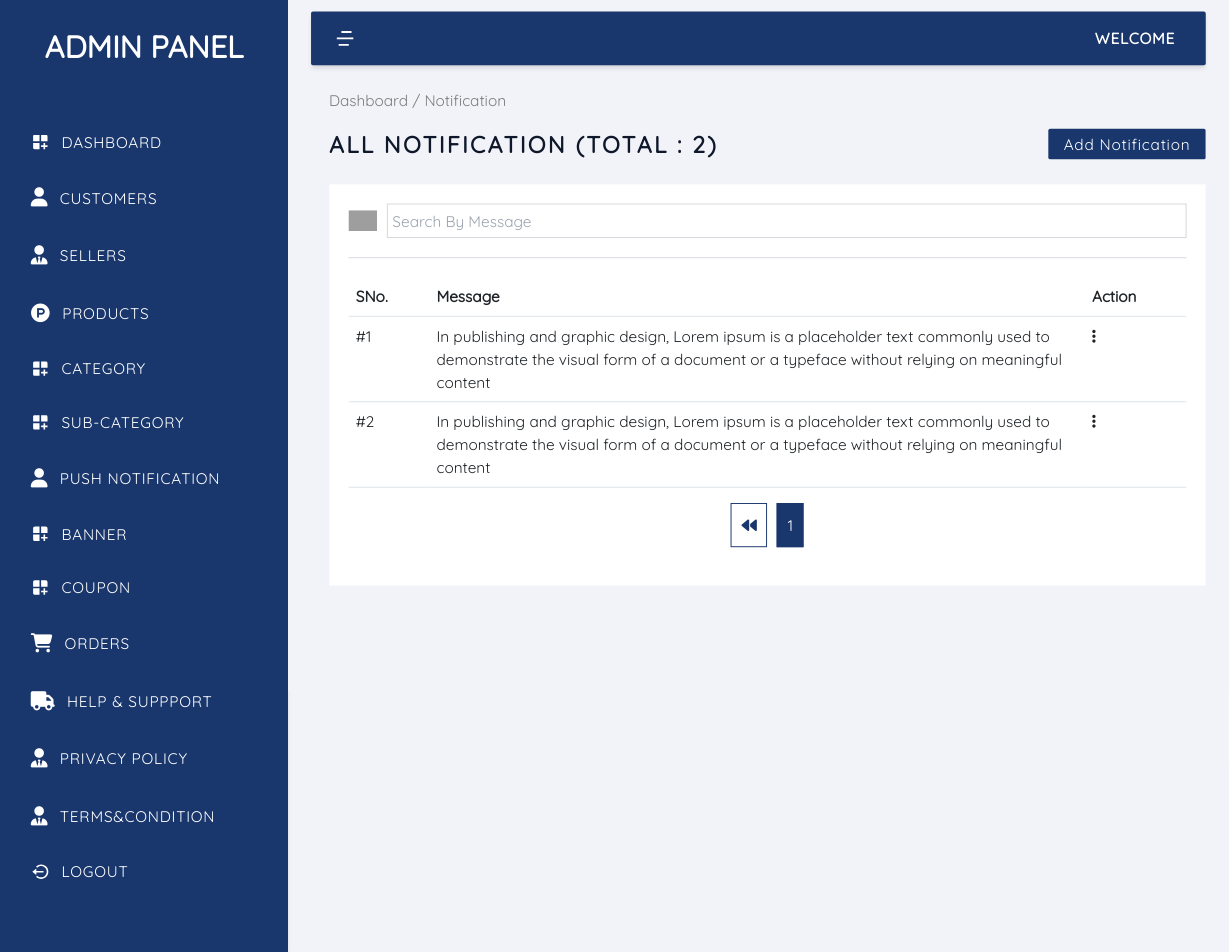
Repository: shishpal2000/admin.aschpro
Page: /pushNotification
The author's editor kept a copy of each file at every save. The page is drawn from the files as they stood at one save, then again after the next save.
The browser window is 1280 px wide. The pictures show the whole page, at 96% of full size.
Pictures or frames that could not be fetched are drawn as grey boxes. Some web libraries are served in a nearby version. The project was rebuilt for these pictures with package versions that can differ from the ones it lists, and the page was loaded fresh each time. Also part of the build but not shown: src/E-CommerceAdmin/forms/Login.jsx, src/E-CommerceAdmin/pages/Dashboard.jsx, src/E-CommerceAdmin/pages/ECategory.js, src/E-CommerceAdmin/pages/EProduct.js, src/E-CommerceAdmin/pages/EVendorList.js, src/E-CommerceAdmin/pages/EAdminOrders.js, src/E-CommerceAdmin/pages/EAdminDelivery.js, src/E-CommerceAdmin/pages/EAdminCustomer.js and 7 more. Imported but missing from the stored project, and not drawn on this page: src/E-CommerceAdmin/pages/Component/SpinnerComp.

Above is the page before, as saved 2023-06-28 18:25:51.

### public/index.html
<!-- @format -->

<!DOCTYPE html>
<html lang="en">
  <head>
    <meta charset="utf-8" />
    <meta name="viewport" content="width=device-width, initial-scale=1" />
    <meta name="theme-color" content="#000000" />
    <meta
      name="description"
      content="Web site created using create-react-app"
    />
    <link rel="icon" href="%PUBLIC_URL%/favicon.png" />
    <link rel="manifest" href="%PUBLIC_URL%/manifest.json" />
    <link rel="preconnect" href="https://fonts.googleapis.com" />
    <link rel="preconnect" href="https://fonts.gstatic.com" crossorigin />
    <link
      href="https://fonts.googleapis.com/css2?family=Roboto+Mono:ital,wght@1,300&display=swap"
      rel="stylesheet"
    />
    <link rel="preconnect" href="https://fonts.googleapis.com">
<link rel="preconnect" href="https://fonts.gstatic.com" crossorigin>
<link href="https://fonts.googleapis.com/css2?family=Quicksand&display=swap" rel="stylesheet">
    <title>Subharambh</title>
  </head>
  <body>
    <noscript>You need to enable JavaScript to run this app.</noscript>
    <div id="root"></div>
    <script src="https://code.jquery.com/jquery-3.6.0.min.js"></script>
    <script
      src="https://kit.fontawesome.com/b533b351e4.js"
      crossorigin="anonymous"
    ></script>
    <script
      type="module"
      src="https://unpkg.com/ionicons@7.1.0/dist/ionicons/ionicons.esm.js"
    ></script>
    <script
      nomodule
      src="https://unpkg.com/ionicons@7.1.0/dist/ionicons/ionicons.js"
    ></script>
  </body>
</html>

### src/E-CommerceAdmin/pages/PushNotification.js
/** @format */

import React, { useEffect, useState } from "react";
import {
  Alert,
  Button,
  FloatingLabel,
  Form,
  Modal,
  Table,
} from "react-bootstrap";
import { Dropdown, Menu } from "antd";
import HOC from "../layout/HOC";

const PushNotification = () => {
  const [modalShow, setModalShow] = React.useState(false);
  const [ edit , setEdit ] = useState(false)
  const data = [
    {
      name: "In publishing and graphic design, Lorem ipsum is a placeholder text commonly used to demonstrate the visual form of a document or a typeface without relying on meaningful content",
    },
    {
      name: "In publishing and graphic design, Lorem ipsum is a placeholder text commonly used to demonstrate the visual form of a document or a typeface without relying on meaningful content",
    },
  ];

  // Pagination and Filter
  const [query, setQuery] = useState("");
  const [currentPage2, setCurrentPage2] = useState(1);
  const [postPerPage2] = useState(10);
  const lastPostIndex2 = currentPage2 * postPerPage2;
  const firstPostIndex2 = lastPostIndex2 - postPerPage2;

  let pages2 = [];

  const TotolData = query
    ? data?.filter(
        (i) =>
          i?.name?.toLowerCase().includes(query?.toLowerCase())
      )
    : data;

  useEffect(() => {
    if (query) {
      setCurrentPage2(1);
    }
  }, [query]);

  const slicedData = TotolData?.slice(firstPostIndex2, lastPostIndex2);

  for (let i = 1; i <= Math.ceil(TotolData?.length / postPerPage2); i++) {
    pages2.push(i);
  }

  function Next() {
    setCurrentPage2(currentPage2 + 1);
  }

  function Prev() {
    if (currentPage2 !== 1) {
      setCurrentPage2(currentPage2 - 1);
    }
  }

  function MyVerticallyCenteredModal(props) {
    return (
      <Modal
        {...props}
        aria-labelledby="contained-modal-title-vcenter"
        centered
      >
        <Modal.Header closeButton>
          <Modal.Title id="contained-modal-title-vcenter">
            {" "}
            { edit ? "Edit" : "Add"} Notification
          </Modal.Title>
        </Modal.Header>
        <Modal.Body>
          <Form>
            <Form.Group className="mb-3">
              <Form.Label>Notification</Form.Label>
              <FloatingLabel controlId="floatingTextarea2">
                <Form.Control
                  as="textarea"
                  placeholder="Leave a comment here"
                  style={{ height: "100px" }}
                />
              </FloatingLabel>
            </Form.Group>

            <Button
              style={{ backgroundColor: "#19376d", borderRadius: "0" }}
              type="submit"
            >
              Submit
            </Button>
          </Form>
        </Modal.Body>
      </Modal>
    );
  }

  return (
    <>
      <MyVerticallyCenteredModal
        show={modalShow}
        onHide={() => setModalShow(false)}
      />

      <p className="headP">Dashboard / Notification</p>

      <div
        className="pb-4   w-full flex justify-between items-center"
        style={{ width: "98%", marginLeft: "2%" }}
      >
        <span
          className="tracking-widest text-slate-900 font-semibold uppercase "
          style={{ fontSize: "1.5rem" }}
        >
          All Notification (Total : {data.length})
        </span>
        <button
          onClick={() => {
            setEdit(false)
            setModalShow(true);
          }}
          className="md:py-2 px-3 md:px-4 py-1 rounded-sm  bg-[#19376d] text-white tracking-wider"
        >
          Add Notification
        </button>
      </div>
      <section className="sectionCont">
        {data?.length === 0 || !data ? (
          <Alert>No Data Found</Alert>
        ) : (
          <>
            {/* Filter */}
            <div className="filterBox">
              <img
                src="https://t4.ftcdn.net/jpg/01/41/97/61/360_F_141976137_kQrdYIvfn3e0RT1EWbZOmQciOKLMgCwG.jpg"
                alt=""
              />
              <input
                type="search"
                placeholder="Search By Message "
                onChange={(e) => setQuery(e.target.value)}
              />
            </div>
            <div className="overFlowCont">
              <Table>
                <thead>
                  <tr>
                    <th>SNo.</th>
                    <th>Message</th>
                    <th>Action</th>
                  </tr>
                </thead>
                <tbody>
                  {slicedData.map((i, index) => (
                    <tr key={index}>
                      <td> #{index + 1} </td>
                      <td style={{ maxWidth: "400px" }}> {i.name} </td>
                      <td>
                        <Dropdown
                          overlay={
                            <Menu>
                              <Menu.Item key="2">
                                <div
                                  className="two_Sec_Div"
                                  onClick={() => {
                                    setEdit(true)
                                    setModalShow(true);
                                  }}
                                >
                                  <i className="fa-solid fa-pen-to-square"></i>

                                  <p>Edit </p>
                                </div>
                              </Menu.Item>
                              <Menu.Item key="3">
                                <div className="two_Sec_Div">
                                  <i className="fa-sharp fa-solid fa-trash"></i>
                                  <p>Delete </p>
                                </div>
                              </Menu.Item>
                            </Menu>
                          }
                          trigger={["click"]}
                        >
                          <i className="fa-solid fa-ellipsis-vertical"></i>
                        </Dropdown>
                      </td>
                    </tr>
                  ))}
                </tbody>
              </Table>
            </div>
            {/* Pagination */}
            <div className="pagination">
              <button onClick={() => Prev()} className="prevBtn">
                <i className="fa-solid fa-backward"></i>
              </button>
              {currentPage2 === 1 ? (
                ""
              ) : (
                <button onClick={() => setCurrentPage2(1)}>1</button>
              )}

              {pages2
                ?.slice(currentPage2 - 1, currentPage2 + 3)
                .map((i, index) =>
                  i === pages2?.length ? (
                    ""
                  ) : (
                    <button
                      key={index}
                      onClick={() => setCurrentPage2(i)}
                      className={currentPage2 === i ? "activePage" : ""}
                    >
                      {" "}
                      {i}{" "}
                    </button>
                  )
                )}

              <button
                onClick={() => setCurrentPage2(pages2?.length)}
                className={currentPage2 === pages2?.length ? "activePage" : ""}
              >
                {" "}
                {pages2?.length}{" "}
              </button>

              {currentPage2 === pages2?.length ? (
                ""
              ) : (
                <button onClick={() => Next()} className="nextBtn">
                  {" "}
                  <i className="fa-sharp fa-solid fa-forward"></i>
                </button>
              )}
            </div>
          </>
        )}
      </section>
    </>
  );
};

export default HOC(PushNotification);

### src/E-CommerceAdmin/layout/HOC.jsx
/** @format */

import React, { useState } from "react";
import Navbar from "./Navbar";
import Sidebar from "./Sidebar";

const HOC = (Wcomponenet) => {
  return function Component() {
    const [hamb, setHamb] = useState(false);
    return (
      <>
        <section
          className="flex overflow-x-hidden relative "
          style={{ backgroundColor: "#f2f3f8" }}
        >
          {/* Sidebar */}
          <div
            className={
              hamb
                ? " absolute top-0 z-30 md:w-auto shadow-md bg-slate-200  w-60 transition-all md:-left-full left duration-150  h-auto overflow-y-auto  left-0 "
                : " md:w-72 z-30 bg-slate-200  shadow-md  md:static absolute top-0 -left-full   transition-all duration-150  overflow-y-auto h-auto"
            }
            style={{ minWidth: "300px" }}
          >
            <Sidebar hamb={hamb} setHamb={setHamb} />
          </div>
          {/* Components & Navbar */}
          <div
            className={
              hamb
                ? " transition-all px-4 py-2  duration-150 w-full h-screen"
                : " w-full h-screen  px-4 py-2   z-50 transition-all duration-150 "
            }
            style={{ backgroundColor: "#f2f3f8" }}
          >
            <Navbar hamb={hamb} setHamb={setHamb} />
            <div className="my-6 text-#000 h-[87%] wcomp overflow-y-auto">
              {" "}
              <Wcomponenet />
            </div>
          </div>
        </section>
      </>
    );
  };
};

export default HOC;

### src/E-CommerceAdmin/layout/Navbar.jsx
/** @format */

import { RiMenu4Line } from "react-icons/ri";

const Navbar = ({ hamb, setHamb }) => {
  const AdminName = localStorage.getItem("AdminName")
  return (
    <>
      <div
        className={
          hamb
            ? "flex  w-full justify-between  my-1 rounded-sm  p-4 py-3 shadow-md items-center  bg-slate-200 space-x-4"
            : "flex  w-full justify-between my-1 rounded-sm  p-4 py-3 shadow-md items-center  bg-slate-200 space-x-4"
        }
        style={{ backgroundColor: "#19376d" }}
      >
        <RiMenu4Line
          onClick={() => setHamb(!hamb)}
          className="text-2xl font-bold text-gray-900 hover:scale-90 cursor-pointer"
          style={{ color: "#fff" }}
        />

        <section className="flex sm:ml-auto justify-end sm:w-full items-center space-x-2  pr-2">
          <figcaption className="tracking-wider pl-1 font-semibold">
            <div
              className="lg:text-base text-sm text-gray-900  uppercase"
              style={{ color: "#fff" }}
            >
              Welcome {AdminName}
            </div>
          </figcaption>
        </section>
      </div>
    </>
  );
};

export default Navbar;

### src/E-CommerceAdmin/layout/Sidebar.jsx
/** @format */

import React from "react";
import { RiCloseLine } from "react-icons/ri";
import { Link, useNavigate } from "react-router-dom";
import { BiLogOutCircle } from "react-icons/bi";
import { MdDashboardCustomize } from "react-icons/md";

const Sidebar = ({ hamb, setHamb }) => {
  const navigate = useNavigate();

  const nav = [
    {
      icon: <MdDashboardCustomize className="text-xl mr-3 rounded-full " />,
      link: "/dashboard ",
      name: "Dashboard",
    },

    {
      icon: (
        <i className="fa-solid fa-user text-xl mr-3 rounded-full"></i>
      ),
      link: "/Customer",
      name: "Customers",
    },
    {
      icon: <i className="fa-solid fa-user-tie text-xl mr-3 rounded-full"></i>,
      link: "/VendorList",
      name: "Sellers",
    },
    {
      icon: (
    <i className="fa-brands fa-product-hunt text-xl mr-3 rounded-full"></i>
      ),
      link: "/Product",
      name: "Products",
    },
    {
      icon: <MdDashboardCustomize className="text-xl mr-3 rounded-full " />,
      link: "/Category",
      name: "Category",
    },

    {
      icon: <MdDashboardCustomize className="text-xl mr-3 rounded-full " />,
      link: "/SubCategory",
      name: "Sub-Category",
    },
    {
      icon: <i className="fa-solid fa-user text-xl mr-3 rounded-full"></i>,
      link: "/pushNotification",
      name: "Push Notification",
    },

    {
      icon: <MdDashboardCustomize className="text-xl mr-3 rounded-full " />,
      link: "/banner",
      name: "Banner",
    },
    {
      icon: <MdDashboardCustomize className="text-xl mr-3 rounded-full " />,
      link: "/coupon",
      name: "Coupon",
    },

    {
      icon: (
        <i className="fa-solid fa-cart-shopping text-xl mr-3 rounded-full"></i>
      ),
      link: "/Orders",
      name: "Orders",
    },

    {
      icon: <i className="fa-solid fa-truck  text-xl mr-3 rounded-full"></i>,
      link: "/Support",
      name: "Help & Suppport",
    },


    {
      icon: <i className="fa-solid fa-user-tie text-xl mr-3 rounded-full"></i>,
      link: "/privacy",
      name: "Privacy Policy",
    },
    {
      icon: <i className="fa-solid fa-user-tie text-xl mr-3 rounded-full"></i>,
      link: "/terms",
      name: "Terms&Condition",
    }
  ];

  const logOut = () => {
    localStorage.clear()
    navigate("/");
  };

  return (
    <>
      <aside
        className="p-4 h-auto"
        style={{ backgroundColor: "#19376d", minHeight: "100vh" }}
      >
        {/* Top */}
        <div className="w-full md:hidden relative  p-2 mb-4">
          <RiCloseLine
            onClick={() => setHamb(!hamb)}
            className="text-3xl  absolute top-2 sm:hover:rotate-[228deg] transition-transform font-bold right-2 sm:hover:text-[22px] text-[rgb(241,146,46)] cursor-pointer"
          />
        </div>{" "}
        <figure className="flex  flex-col items-center">
          <span
            className="font-bold text-[#fff]"
            style={{
              fontSize: "2rem",
              textAlign: "center",
              textTransform: "uppercase",
            }}
          >
            {" "}
            ADMIN PANEL
          </span>
        </figure>
        <nav className="py-6">
          {nav.map((nav) => {
            return (
              <Link
                to={nav.link}
                key={nav.name}
                className=""
                style={{ textDecoration: "none", textTransform: "uppercase" }}
              >
                <span
                  className="flex my-3 items-center cursor-pointer text-gray-900    tracking-wider p-2 rounded-sm"
                  style={{ color: "#FFF" }}
                >
                  {nav.icon} {nav.name}
                </span>
              </Link>
            );
          })}
          <span
            className="flex my-3 items-center cursor-pointer text-gray-900    tracking-wider p-2 rounded-sm"
            onClick={() => logOut()}
            style={{ color: "#FFF", textTransform: "uppercase" }}
          >
            <BiLogOutCircle className="text-xl mr-3 rounded-full " /> LogOut
          </span>
        </nav>
      </aside>
    </>
  );
};

export default Sidebar;

Loaded but not shown: tailwind.config.js (common file); src/App.js (50 lines, source omitted); src/index.js (15 lines, source omitted); src/index.css (534 lines, source omitted)

After the next save:
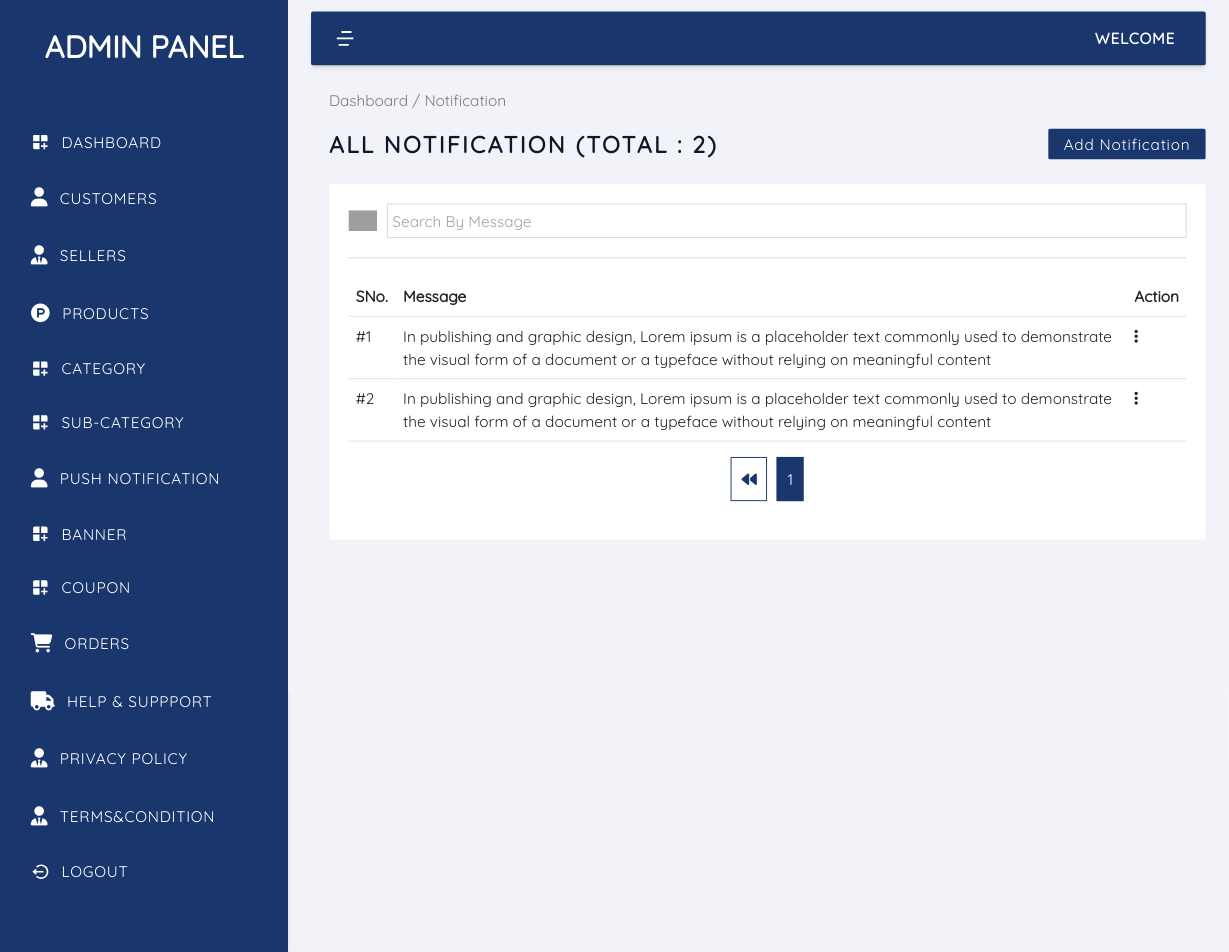
Saved 4 s later.
--- a/src/E-CommerceAdmin/pages/PushNotification.js
+++ b/src/E-CommerceAdmin/pages/PushNotification.js
@@ -159,7 +159,7 @@ const PushNotification = () => {
                   {slicedData.map((i, index) => (
                     <tr key={index}>
                       <td> #{index + 1} </td>
-                      <td style={{ maxWidth: "400px" }}> {i.name} </td>
+                      <td> {i.name} </td>
                       <td>
                         <Dropdown
                           overlay={
